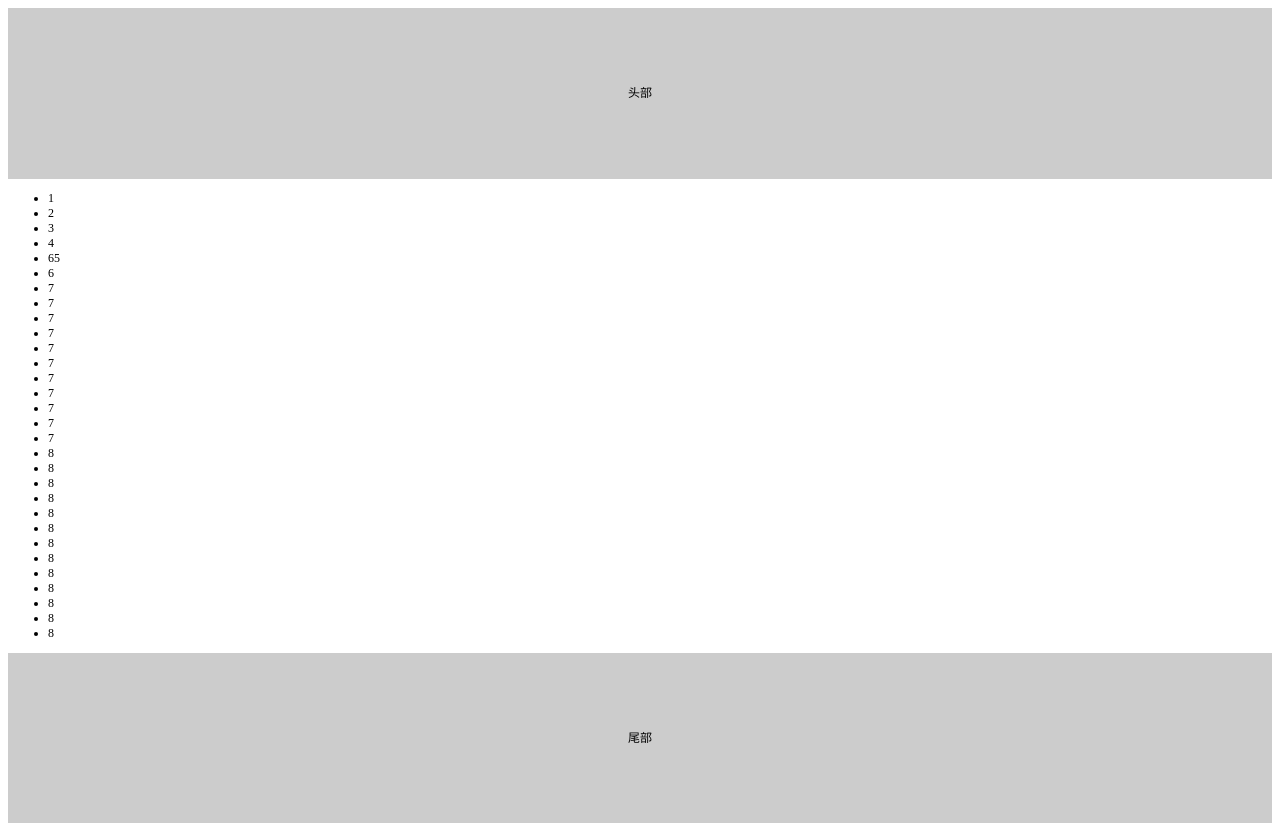
Repository: zjb17395046959/h5-
Page: index.html
An editor plug-in stored every save of this project. The page is shown before and after a run of saves, followed by the edit.
The browser window is 1280 px wide. The pictures show the whole page.
The style sheet was rebuilt from its Sass, Less or Tailwind sources for each picture, by a compiler version that may differ from the author's.

Above is the page before, as saved 2020-09-14 15:59:03.

After the next 5 saves:
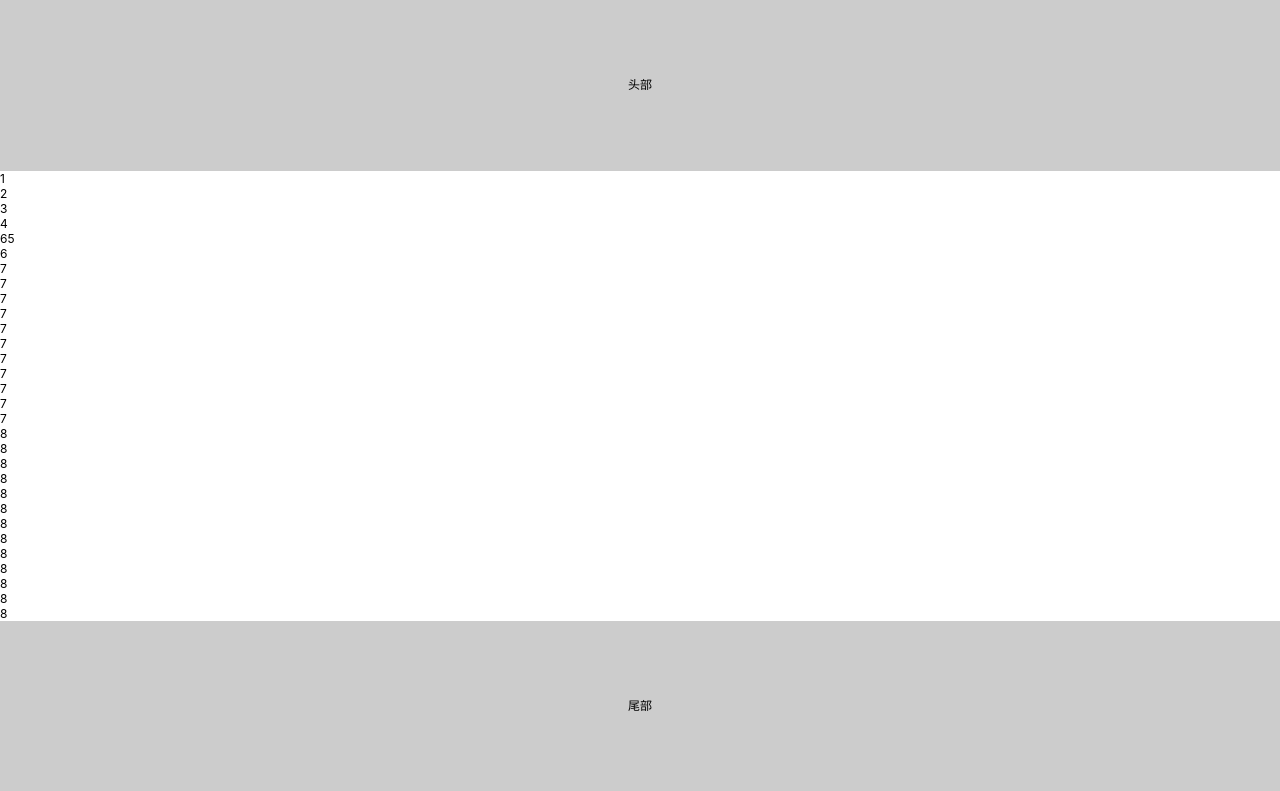
The 5 saves are shown as one change because they came seconds apart.
The last was saved 25 s later.
--- a/index.html
+++ b/index.html
@@ -7,6 +7,7 @@
     <meta content="telephone=no,email=no" name="format-detection" />
     <meta name="viewport" content="initial-scale=1, maximum-scale=1, minimum-scale=1, user-scalable=no">
     <title>头尾固定，中间超出隐藏</title>
+    <link rel="stylesheet" href="./css/reset.css">
     <link rel="stylesheet" href="./css/index.css">
     <script src="./js/jquery-2.1.3.min.js"></script>
     <script src="./js/flexible.js"></script>
